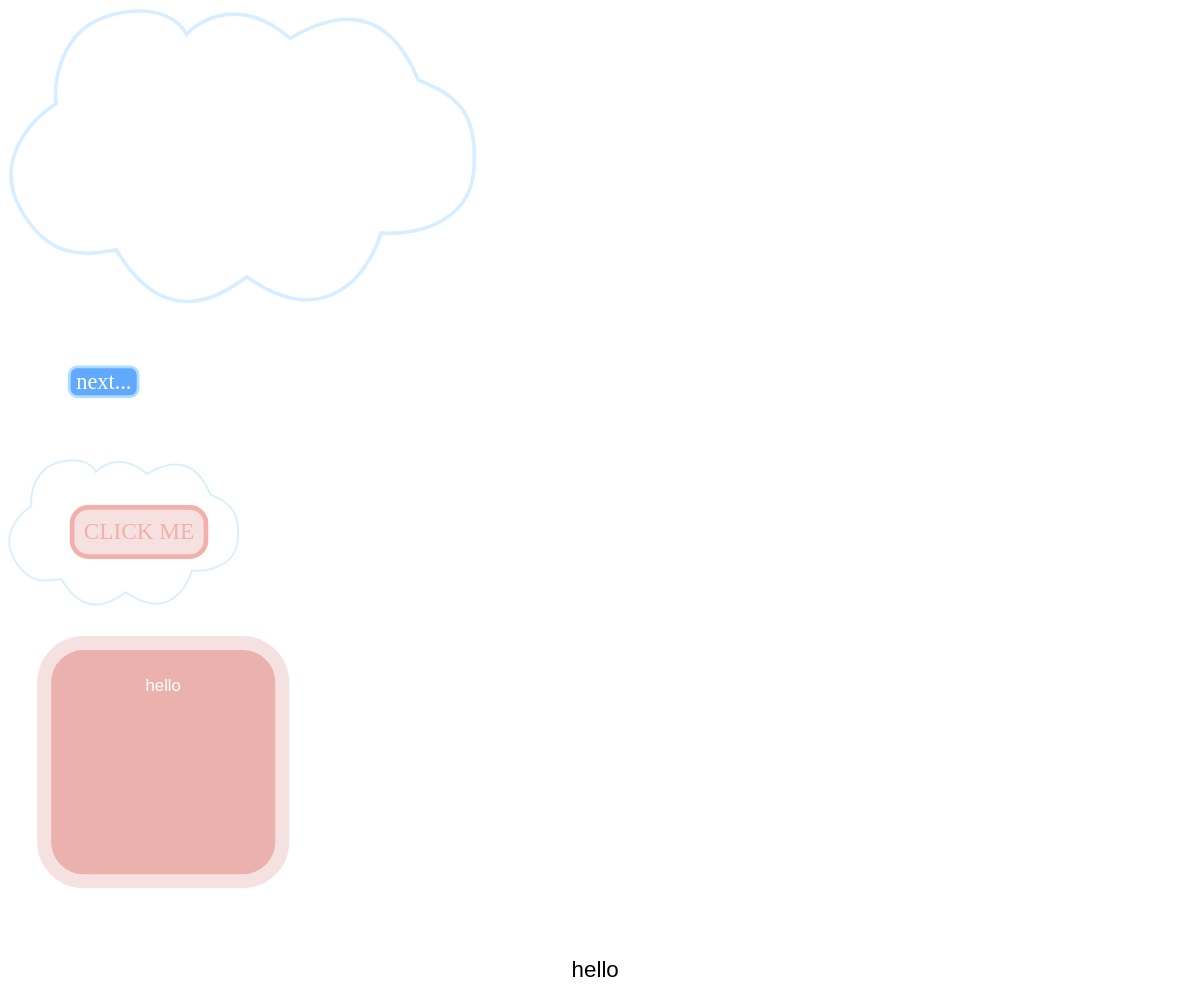
Repository: SoleilDagneau/MDIA2109Midterm
Page: index.html
The author's editor kept a copy of each file at every save. The page is drawn from the files as they stood at one save, then again after the next save.
The browser window is 1280 px wide. The pictures show the whole page, at 93% of full size.
Some web fonts or font styles are not loaded; a fallback is used.

Above is the page before, as saved 2022-03-01 19:44:35.

### index.html
<!DOCTYPE html>
<html lang="en">
<head>
    <meta charset="UTF-8">
    <meta http-equiv="X-UA-Compatible" content="IE=edge">
    <meta name="viewport" content="width=device-width, initial-scale=1.0">
    <title>Document</title>

    <link rel="preconnect" href="https://fonts.googleapis.com">
    <link rel="preconnect" href="https://fonts.gstatic.com" crossorigin>
    <link href="https://fonts.googleapis.com/css2?family=Passion+One:wght@400;700&display=swap" rel="stylesheet">

    <script src="utils/speechbubble.js"></script>
    <script src="utils/clickbubble.js"></script>
    <script src="utils/squarecard.js"></script>
    <script src="utils/blobcard.js"></script>

</head>
<body>

    <the-speechbubble
    button_text="next..."
    ></the-speechbubble>


    <the-clickbubble
    desc_text="CLICK ME"
    ></the-clickbubble>


    <the-squarecard
    info_text="hello"
    ></the-squarecard>

    <the-blobcard
    blob_text="hello"
    ></the-blobcard>

</body>
</html>

### utils/speechbubble.js
//MUST HAVE - CREATE A TEMPLATE TAG
var template_speechbub = document.createElement("template"); //<template> </template> RULE

//To-do - CREATE THE UI HERE!
template_speechbub.innerHTML = `

<style>
    #next_button {
        background-color:#61A8FF;
        border:3px solid #AFDDFF;
        border-radius: 10px;
        font-family: 'passion one', cursive;
        color: white;
        font-size:24px;
        margin:65px;
        top: 10px;
    }
    #speech_bubble{
        width:40%;
        display:flex;
    }

</style>
<img id="speech_bubble" src="imgs/cloud.svg" alt=""/>
<button id="next_button">
    next...
</button>

`;

//MUST HAVE - CREATE A CLASS WITH HTMLELEMENT POWERS (interfaces/functionalities)
class TheSpeechBubble extends HTMLElement {

    //MUST HAVE - CREATE A CONSTRUCTOR TO DO INITAL ASSOCIATIONS
    constructor(){
        super(); //pass on the HTMLElement super powers!
        this.attachShadow({mode:"open"}) //Attach it to the shadowRoot

        //To-do - CREATE THE STATES FOR THE UI HERE!
    }

    //MUST HAVE - FUNCTION THAT RUNS AFTER IT'S CONNECTED
    connectedCallback(){
        this.shadowRoot.appendChild(template_speechbub.content.cloneNode(true));
        this.shadowRoot.querySelector("#next_button").innerText = this.getAttribute("button_text"); //use the template to make a clone
    }

    //To-do - CREATE THE FUNCTIONALITIES HERE!
}

//MUST HAVE - define the tag for the custom elements
customElements.define("the-speechbubble", TheSpeechBubble)

### utils/clickbubble.js
//MUST HAVE - CREATE A TEMPLATE TAG
var template_clickbubble = document.createElement("template"); //<template> </template> RULE

//To-do - CREATE THE UI HERE!
template_clickbubble.innerHTML = `

<style>
    #desc_text {
        font-family:'passion one', cursive;
        color: #F4AFAB;
        font-size:25px;
        padding: 10px;
        background-color:#F4E1E0;
        border: 5px solid #F4AFAB;
        border-radius: 20px;
        position: absolute;
        display:flex;
        left:25px;
        margin:50px;
    }
    img{
        width: 250px;
    }
    #click_bubble{
        display:flex;
    }
</style>
<div id="click_bubble">
    <img src="imgs/cloud.svg" alt="cloud svg"/>
        <button id="desc_text">
            CLICK ME
        </button>
</div>

`;

//MUST HAVE - CREATE A CLASS WITH HTMLELEMENT POWERS (interfaces/functionalities)
class TheClickBubble extends HTMLElement {

    //MUST HAVE - CREATE A CONSTRUCTOR TO DO INITAL ASSOCIATIONS
    constructor(){
        super(); //pass on the HTMLElement super powers!
        this.attachShadow({mode:"open"}) //Attach it to the shadowRoot

        //To-do - CREATE THE STATES FOR THE UI HERE!
    }

    //MUST HAVE - FUNCTION THAT RUNS AFTER IT'S CONNECTED
    connectedCallback(){
        this.shadowRoot.appendChild(template_clickbubble.content.cloneNode(true));
        this.shadowRoot.querySelector("#desc_text").innerText = this.getAttribute("desc_text"); //use the template to make a clone
    }

    //To-do - CREATE THE FUNCTIONALITIES HERE!
}

//MUST HAVE - define the tag for the custom elements
customElements.define("the-clickbubble", TheClickBubble)

### utils/squarecard.js
//MUST HAVE - CREATE A TEMPLATE TAG
var template_scard = document.createElement("template"); //<template> </template> RULE

//To-do - CREATE THE UI HERE!
template_scard.innerHTML = `

<style>
    #info_card {
        background-color:#EBB2AD;
        width: 241px;
        height:241px;
        border: 15px solid #F4E1E0;
        border-radius: 50px;
        margin: 2rem;
    }
    #info_text {
        display:flex;
        justify-content:center;
        font-size:18px;
        font-family: 'nunito', sans-serif;
        color: white;
        padding: 10px;

    }
</style>
<div id="info_card">
    <p id="info_text">info text</p>
</div>
`;

//MUST HAVE - CREATE A CLASS WITH HTMLELEMENT POWERS (interfaces/functionalities)
class TheSquareCard extends HTMLElement {

    //MUST HAVE - CREATE A CONSTRUCTOR TO DO INITAL ASSOCIATIONS
    constructor(){
        super(); //pass on the HTMLElement super powers!
        this.attachShadow({mode:"open"}) //Attach it to the shadowRoot

        //To-do - CREATE THE STATES FOR THE UI HERE!
    }

    //MUST HAVE - FUNCTION THAT RUNS AFTER IT'S CONNECTED
    connectedCallback(){
        this.shadowRoot.appendChild(template_scard.content.cloneNode(true));
        this.shadowRoot.querySelector("#info_text").innerText = this.getAttribute("info_text"); //use the template to make a clone
    }

    //To-do - CREATE THE FUNCTIONALITIES HERE!
}

//MUST HAVE - define the tag for the custom elements
customElements.define("the-squarecard", TheSquareCard)

### utils/blobcard.js
//MUST HAVE - CREATE A TEMPLATE TAG
var template_bcard = document.createElement("template"); //<template> </template> RULE

//To-do - CREATE THE UI HERE!
template_bcard.innerHTML = `

<style>
    #blob_text {
        font-family:'nunito', sans-serif;
        font-size:24px;
        color:black;
        display:flex;
        justify-content:center;
    }
</style>
<img id="the_blobcard" src="" alt=""/>
<p id="blob_text">
blob text
</p>

`;

//MUST HAVE - CREATE A CLASS WITH HTMLELEMENT POWERS (interfaces/functionalities)
class TheBlobCard extends HTMLElement {

    //MUST HAVE - CREATE A CONSTRUCTOR TO DO INITAL ASSOCIATIONS
    constructor(){
        super(); //pass on the HTMLElement super powers!
        this.attachShadow({mode:"open"}) //Attach it to the shadowRoot

        //To-do - CREATE THE STATES FOR THE UI HERE!
    }

    //MUST HAVE - FUNCTION THAT RUNS AFTER IT'S CONNECTED
    connectedCallback(){
        this.shadowRoot.appendChild(template_bcard.content.cloneNode(true));
        this.shadowRoot.querySelector("#blob_text").innerText = this.getAttribute("blob_text");
         //use the template to make a clone
    }

    //To-do - CREATE THE FUNCTIONALITIES HERE!
}

//MUST HAVE - define the tag for the custom elements
customElements.define("the-blobcard", TheBlobCard)

After the next save:
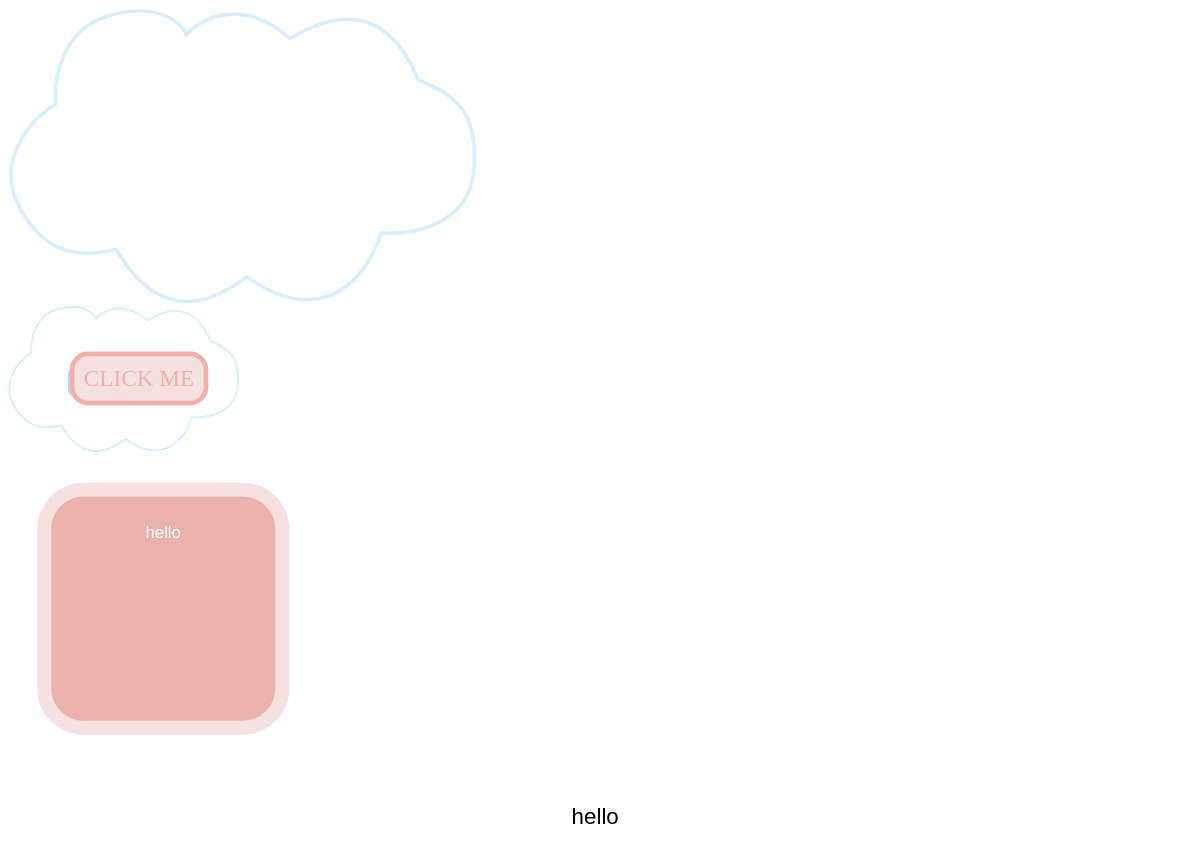
Saved 12 s later.
--- a/utils/speechbubble.js
+++ b/utils/speechbubble.js
@@ -13,7 +13,7 @@
         color: white;
         font-size:24px;
         margin:65px;
-        top: 10px;
+        position: absolute;
     }
     #speech_bubble{
         width:40%;

After the save that followed:
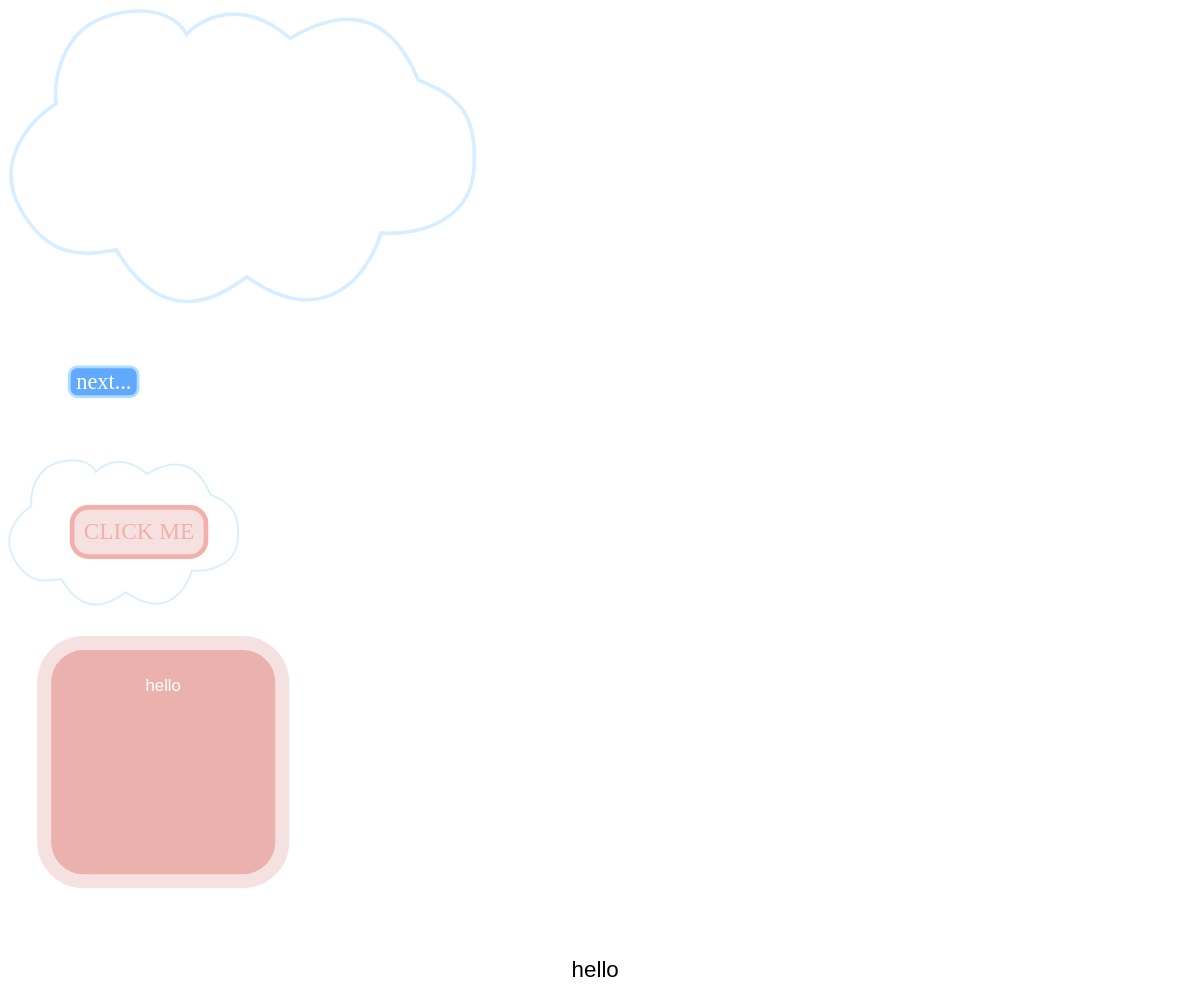
Saved 9 s later.
--- a/utils/speechbubble.js
+++ b/utils/speechbubble.js
@@ -13,7 +13,7 @@
         color: white;
         font-size:24px;
         margin:65px;
-        position: absolute;
+        position: relative;
     }
     #speech_bubble{
         width:40%;
